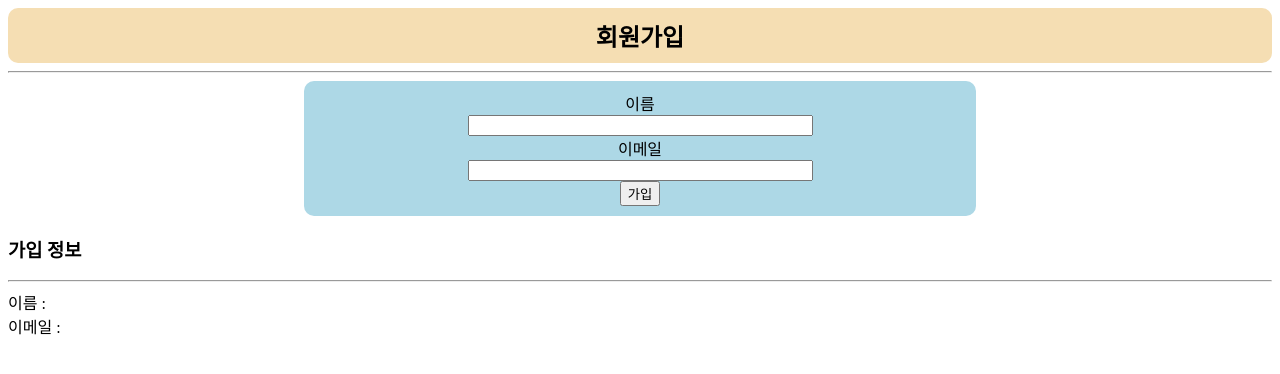
Repository: ineble/demo1
Page: test/src/main/webapp/ch03/regfrom1.html
These files come from the project's save history. The page is drawn as it stood at one moment and after the next save; the edit follows.
The browser window is 1280 px wide. The pictures show the whole page.

Above is the page before, as saved 2022-08-03 01:25:05.

### test/src/main/webapp/ch03/regfrom1.html
<!DOCTYPE html>
<html>
<head>
<meta charset="utf-8">
<title>Insert title here</title>
<style type="text/css">
	h2 {
		background-color: wheat;
		text-align : center;
		width : 100%;
		padding : 10px 0px;
		border-radius : 10px;
		margin : auto;
	}
	#regform{
		text-align : center;
		width : 50%;
		padding : 10px 20px;
		margin : auto;
		background-color: lightblue;
		border-radius : 10px;
	}

</style>

</head>
<body>
	<h2>회원가입</h2>
	<hr>
	<div id="regform">
		<form name="form1">
			<label>이름</label> <br>
			<input type="text" name="name" size="40"> <br>
			<label>이메일</label> <br>
			<input type="email" name="email" size="40"> <br>
			<button onclick="join()">가입</button>
		</form>
	</div>
	<div id="result">
		<h3>가입 정보</h3>
		<hr>
		이름 : <span id="rname"></span> <br>
		이메일 : <span id="remail"></span>
	</div>

</body>
</html>

After the next save:
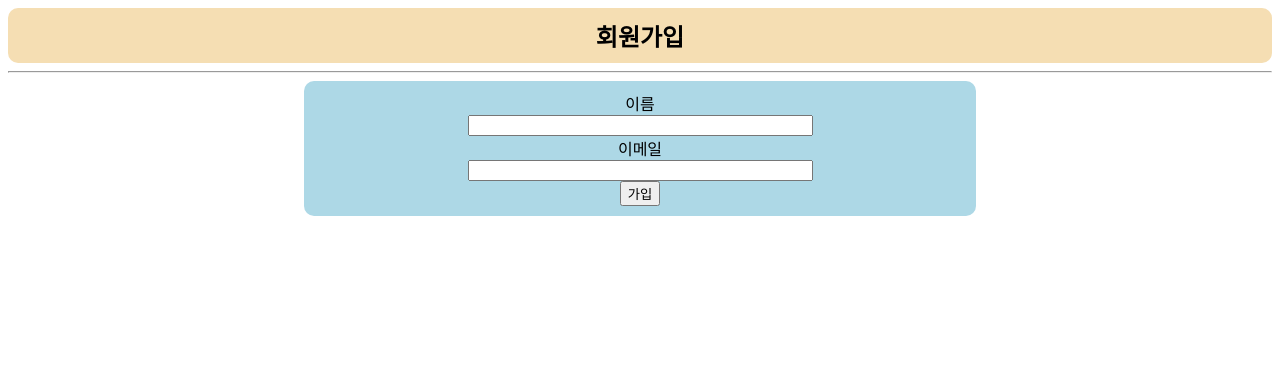
Saved 41 s later.
--- a/test/src/main/webapp/ch03/regfrom1.html
+++ b/test/src/main/webapp/ch03/regfrom1.html
@@ -42,6 +42,9 @@
 		이름 : <span id="rname"></span> <br>
 		이메일 : <span id="remail"></span>
 	</div>
+	<script type="text/javascript">
+		document.getElementById("result").style.display = "none";
+	</script>
 
 </body>
 </html>
